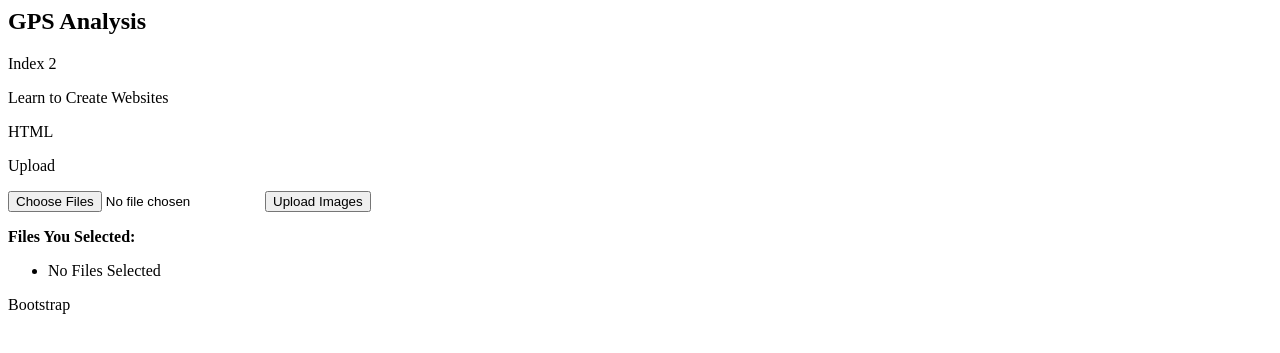
Repository: hanjangchen/Raspberry
Page: prjGAEGPSAnalysis/prjGPSAnalysis/src/static/my_ng_templates/desktop/index_2.html
An editor plug-in stored every save of this project. The page is shown before and after the next save, followed by the edit.
The browser window is 1280 px wide. The pictures show the whole page.

Above is the page before, as saved 2014-10-31 02:48:17.
Console error: ReferenceError: $ is not defined

### prjGAEGPSAnalysis/prjGPSAnalysis/src/static/my_ng_templates/desktop/index_2.html
<!-- sub-template for index page -->
<div>
	<h2>GPS Analysis</h2>
	<my-index-gps-data>
	<p>Index 2</p>
	</my-index-gps-data>
</div>

<!-- content block -->
<div class="container-fluid">
	<div class="jumbotron">
		<p>Learn to Create Websites</p>
	</div>
	<div class="row">
		<div class="col-xs-4 col-sm-4 col-md-4 col-lg-4 ">
			<p>HTML</p>
		</div>
		<div class="col-xs-4 col-sm-4 col-md-4 col-lg-4">
			<p>Upload</p>
			<form action="/base/upload_url" method="post"
				enctype="multipart/form-data">
				<input type="file" id="images_for_upload" name="images_for_upload"
					multiple="true" value="Add Images" accept="image/*" required="required"> <input type="submit"
					value="Upload Images">
			</form>

			<section>
				<strong>Files You Selected:</strong>
				<ul id="files_list">
					<li>No Files Selected</li>
				</ul>
			</section>
		</div>
		<div class="col-xs-4 col-sm-4 col-md-4 col-lg-4">
			<p>Bootstrap</p>
		</div>
	</div>
</div>

<!-- js libs -->
<script type="text/javascript" src="/js/plugin_mis/numeric-1.2.6.min.js"></script>
<script type="text/javascript"
	src="/js/plugin_mis/particle_swarm_optimization.js"></script>
<script type="text/javascript">
<!--
	$('#images_for_upload')
			.change(
					function() {

						var input = document
								.getElementById("images_for_upload");
						var ul = document.getElementById("files_list");
						var toolarge = "";
						var maxsize = 1024000;
						while (ul.hasChildNodes()) {
							ul.removeChild(ul.firstChild);
						}
						for ( var i = 0; i < input.files.length; i++) {

							if(input.files[i].size>maxsize){
								toolarge += input.files[i].name + "\n";
							}
							else{
								var li = document.createElement("li");
								li.innerHTML = input.files[i].name;
								ul.appendChild(li);
							}

						}
						if (!ul.hasChildNodes()) {
							var li = document.createElement("li");
							li.innerHTML = 'No Files Selected';
							ul.appendChild(li);
						}

						//
						if (toolarge != "") {
							alert("These images were not uploaded due to size limit of 1MB\n"
									+ toolarge);
						}
					});
//-->
</script>

### prjGAEGPSAnalysis/prjGPSAnalysis/src/static/javascripts/plugin_mis/particle_swarm_optimization.js
/*
 *  Particles Swarm Optimization
 *  This is a standard PSO to find out optimal solution through out the stochastic spaces
 *  PS: Current test function is (0.007 * x_1 * (-x_2 -1)) * ( cos(x_1 + 0.3) - sin(x_2))+(1 - sin(x_1)) and the optimal value is around -1.798
 * */

var particles_swarm_optimization = {

		// configuration
		config : {
			parameters_range : [[-15, -15],[15, 15]], // ranges of particles;
														// row 1 represent low
														// boundary and row 2
														// represent up boundary
			particles_size : 60, // size of particles swarm
			iteration : 50, // iteration number
			max_min_factor : -1, // 1 means to find max; -1 means to find min
			Emax : Number.MAX_VALUE, // maximum value
			Emin : -Number.MAX_VALUE, // minimum value
			Type : 0, // 0 for real number; 1 for integer

			c1 : 2.05, // cognitive parameter (original value; would be
						// replaced by linear change)
			c2 : 4.1 - 2.05, // c2 = 4.1 - c1 // social parameter (original
								// value; would be replaced by linear change)
			constriction_factor : 0.729, // constrain factor

			diff_of_ranges : [], // ranges of each parameter (from low
									// boundary to up boundary)
			up_boundaries : [], //
			low_boundaries : [], // low boundary

			particles_values : [], // values set of particles
			particles_initial_values : [], // initial values set of particles

			particles_velocity : [], // velocity set of particles
			particles_initial_velocity : [], // can be zero or certain
												// reasonable values based on
												// each particle range

			performance_index_set : [], // performance index set
			performance_initial_index_set : [], // initial performance index set

			learning_rate : 0, // learning rate
			learning_rate_self_param_min : 0.4, // minimum learning rate of
												// particle itself
			learning_rate_self_param_max : 0.9, // maximum learning rate of
												// particle itself
			learning_rate_cognitive_min : 1.9, // minimum learning rate of
												// cognitive parameter
			learning_rate_cognitive_max : 2.1, // maximum learning rate of
												// cognitive parameter
			learning_rate_cognitive : 0,
			learning_rate_social : 0,
			learning_rate_self : 0,

			min_cost : 0, // minimum cost
			min_cost_set : [],
			mean_cost : 0, // mean value
			mean_cost_set : [],
			RMS_cost : 0, // root-mean-square cost
			RMS_cost_set : [],

			local_optimal : 0, // local optimal
			index_local_optimal : 0, // index of global optimal in particles
										// set
			global_optimal : 0, // global optimal
			index_global_optimal : 0, // index of global optimal
			local_optimal_value_set : [],
			local_optimal_particles_set : [],
			global_optimal_value_set : [],
			global_optimal_particles_set : [],

		},

		// initialization function
		init_pso : function(){
			/* new */
			this.config.low_boundaries = this.config.parameters_range[0];
			this.config.up_boundaries = this.config.parameters_range[1];
			this.config.diff_of_ranges = numeric.sub(this.config.up_boundaries, this.config.low_boundaries);

			// init particles' values
			this.config.particles_values = numeric.random([this.config.particles_size, this.config.parameters_range[0].length]);
			this.config.particles_values = numeric.dotMMbig(this.config.particles_values, [[this.config.diff_of_ranges[0], 0], [0, this.config.diff_of_ranges[1]]]);
			var temp_low_boundaries_matrix = numeric.rep([this.config.particles_size], this.config.low_boundaries);
			this.config.particles_values = numeric.add(this.config.particles_values, temp_low_boundaries_matrix);

			// init particles velocity
			this.config.particles_velocity = numeric.rep([this.config.particles_size], [0, 0]);

			// evaluate init particles set
			for(var ith = 0; ith < this.config.particles_size; ith++){
				temp_particle_values = this.config.particles_values[ith];

				var performance_index = (0.007 * temp_particle_values[0] * (-temp_particle_values[1]-1)) * (Math.cos(temp_particle_values[0]+0.3) - Math.sin(temp_particle_values[1]))+(1-Math.sin(temp_particle_values[0]));
				if (performance_index > this.config.Emax){
					performance_index = this.config.Emax;
				}
				if (performance_index < this.config.Emin){
					performance_index = this.config.Emin;
				}
				this.config.performance_initial_index_set.push(performance_index);
			}

			// update optimal
			var temp_cost = numeric.mul(- this.config.max_min_factor, this.config.performance_initial_index_set);
			this.config.min_cost = Math.min.apply(Math, temp_cost);
			this.config.min_cost_set = numeric.rep([this.config.particles_size], this.config.min_cost);
			this.config.global_optimal = this.config.min_cost;
			var temp_min_index = temp_cost.indexOf(this.config.min_cost);
			var temp_optimal_particle = this.config.particles_values[temp_min_index];

			this.config.local_optimal_particles_set = numeric.rep([this.config.particles_size], temp_optimal_particle);
			this.config.global_optimal_particles_set = this.config.local_optimal_particles_set;
			this.config.local_optimal_value_set = numeric.rep([this.config.particles_size], this.config.min_cost);

			this.config.mean_cost = numeric.sum(temp_cost) / this.config.particles_size;

		},

		// go through iteration
		go_iteration : function(){
			for(var ith = 0; ith < this.config.iteration; ith++ ){
				this.config.learning_rate_self = this.config.learning_rate_self_param_max - (this.config.learning_rate_self_param_max - this.config.learning_rate_self_param_min) * (ith + 1) / this.config.iteration;

				this.config.learning_rate_cognitive = this.config.learning_rate_cognitive_max - (this.config.learning_rate_cognitive_max - this.config.learning_rate_cognitive_min) * (ith + 1) / this.config.iteration; //
				this.config.learning_rate_social = 4.1 - this.config.learning_rate_cognitive;

				var random_factor_cognitive = numeric.random([this.config.particles_size, this.config.parameters_range[0].length]);
				var random_factor_social = numeric.random([this.config.particles_size, this.config.parameters_range[0].length]);

				var temp_updated_velocity = [];
				var updated_self_learning_rate = numeric.mul(this.config.learning_rate_self, this.config.particles_velocity);

				var updated_cognitive_learning_rate = numeric.sub(this.config.local_optimal_particles_set, this.config.particles_values );
				updated_cognitive_learning_rate = numeric.mul(this.config.learning_rate_cognitive, random_factor_cognitive, updated_cognitive_learning_rate);

				var updated_social_learning_rate = numeric.sub(this.config.global_optimal_particles_set, this.config.particles_values);
				updated_social_learning_rate = numeric.mul(this.config.learning_rate_social, random_factor_social, updated_social_learning_rate);

				temp_updated_velocity = numeric.add(updated_self_learning_rate, updated_cognitive_learning_rate, updated_social_learning_rate);

				// update velocity
				this.config.particles_velocity = numeric.mul(this.config.constriction_factor, temp_updated_velocity);


				// update particles' values
				this.config.particles_values = numeric.add(this.config.particles_values, this.config.particles_velocity);


				// find out values outside boundaries
				var low_boundaries_set = numeric.rep([this.config.particles_size], this.config.low_boundaries);
				var up_boundaries_set = numeric.rep([this.config.particles_size], this.config.up_boundaries);

				var outside_min_boundary = numeric.leq(this.config.particles_values, low_boundaries_set);
				var not_outside_min_boundary = numeric.not(outside_min_boundary);
				var min_replaced_values = numeric.mul(outside_min_boundary, low_boundaries_set);
				var min_original_values = numeric.mul(not_outside_min_boundary, this.config.particles_values);

				this.config.particles_values = numeric.add(min_replaced_values, min_original_values);

				var outside_max_boundary = numeric.geq(this.config.particles_values, up_boundaries_set);
				var not_outside_max_boundary = numeric.not(outside_max_boundary);
				var max_replaced_values = numeric.mul(outside_max_boundary, up_boundaries_set);
				var max_original_values = numeric.mul(not_outside_max_boundary, this.config.particles_values);

				this.config.particles_values = numeric.add(max_replaced_values, max_original_values);

				// evaluate performance
				var temp_particle_values = 0;
				this.config.performance_index_set = [];
				for(var jth = 0; jth < this.config.particles_size; jth++){
					temp_particle_values = this.config.particles_values[jth];

					var performance_index = (0.007 * temp_particle_values[0] * (-temp_particle_values[1] - 1)) * (Math.cos(temp_particle_values[0] + 0.3) - Math.sin(temp_particle_values[1])) + (1 - Math.sin(temp_particle_values[0]));
					if (performance_index > this.config.Emax){
						performance_index = this.config.Emax;
					}
					if (performance_index < this.config.Emin){
						performance_index = this.config.Emin;
					}
					this.config.performance_index_set.push(performance_index);
				}

				//
				var temp_cost_set = numeric.mul(- this.config.max_min_factor, this.config.performance_index_set);


				var temp_better_cost_set = numeric.lt(temp_cost_set, this.config.local_optimal_value_set);
				var not_temp_better_cost_set = numeric.not(temp_better_cost_set);
				var replaced_cost_set = numeric.mul(temp_better_cost_set, temp_cost_set);
				var original_cost_set = numeric.mul(not_temp_better_cost_set, this.config.local_optimal_value_set);
				this.config.local_optimal_value_set = numeric.add(replaced_cost_set, original_cost_set);

				var better_cost_set = numeric.transpose([temp_better_cost_set, temp_better_cost_set]);
				better_cost_set = numeric.mul(better_cost_set, this.config.particles_values);
				var not_better_cost_set = numeric.transpose([not_temp_better_cost_set, not_temp_better_cost_set]);
				not_better_cost_set = numeric.mul(not_better_cost_set, this.config.local_optimal_particles_set);
				this.config.local_optimal_particles_set = numeric.add(better_cost_set, not_better_cost_set);


				var temp_optimal = Math.min.apply(Math, this.config.local_optimal_value_set);
				var temp_optimal_index = this.config.local_optimal_value_set.indexOf(temp_optimal);
				var pre_global_optimal = this.config.global_optimal;
				if (temp_optimal < this.config.global_optimal){
					this.config.global_optimal = temp_optimal;
					this.config.global_optimal_particles_set = numeric.rep([this.config.particles_size], this.config.particles_values[temp_optimal_index]);

					if (Math.abs(temp_optimal - pre_global_optimal) < numeric.epsilon){
						break;
					}
				}
			}
		},

		// start optimization
		start_optimization : function(){
			this.init_pso();
			this.go_iteration();
			console.log(JSON.stringify(this.config.global_optimal,2,2));
		}
}

// test
particles_swarm_optimization.start_optimization();

Loaded but not shown: prjGAEGPSAnalysis/prjGPSAnalysis/src/static/javascripts/plugin_mis/numeric-1.2.6.min.js (library)

After the next save:
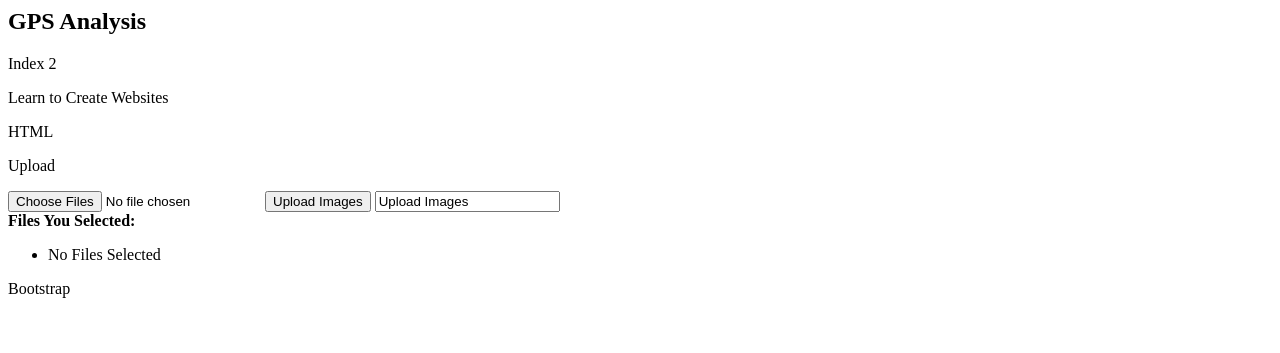
Saved 2 min 36 s later.
--- a/prjGAEGPSAnalysis/prjGPSAnalysis/src/static/my_ng_templates/desktop/index_2.html
+++ b/prjGAEGPSAnalysis/prjGPSAnalysis/src/static/my_ng_templates/desktop/index_2.html
@@ -17,13 +17,14 @@
 		</div>
 		<div class="col-xs-4 col-sm-4 col-md-4 col-lg-4">
 			<p>Upload</p>
-			<form action="/base/upload_url" method="post"
-				enctype="multipart/form-data">
+
+			<section>
+
 				<input type="file" id="images_for_upload" name="images_for_upload"
 					multiple="true" value="Add Images" accept="image/*" required="required"> <input type="submit"
 					value="Upload Images">
-			</form>
-
+				<input value="Upload Images">
+			</section>
 			<section>
 				<strong>Files You Selected:</strong>
 				<ul id="files_list">
